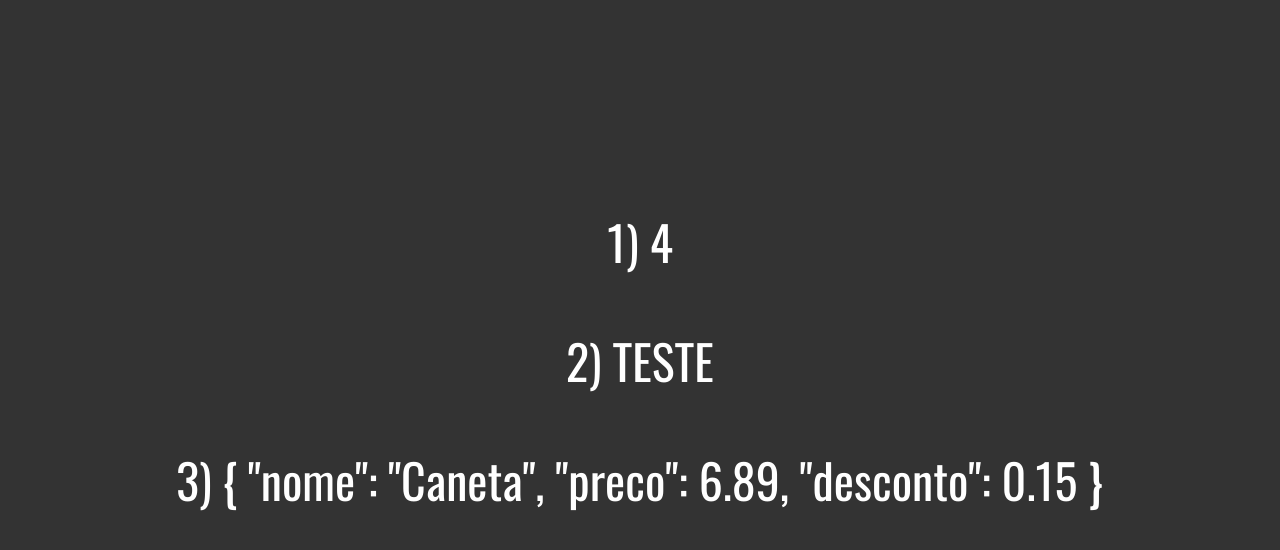
Repository: WillianPer/VUE
Page: exercicios/basico.html
These files come from the project's save history. The page is drawn as it stood at one moment and after the next save; the edit follows.
The browser window is 1280 px wide. The pictures show the whole page.

Above is the page before, as saved 2022-08-11 20:39:15.

### exercicios/basico.html
<!DOCTYPE html>
<html>
<head>
    <meta charset="UTF-8">
    <title>Conceitos Básicos</title>
    <link rel="stylesheet" href="/css/estilo.css">
    <script src="/js/vue.min.js"></script>
</head>
<body class="exercicio">

    <div id="app">
        <p>1) {{2 + 2}}</p>
        <p>2) {{ 'Teste'.toUpperCase() }}</p>
        <p>3) {{ {nome, preco, desconto} }}</p>
    </div>

    <script>
        new Vue({
            el: "#app",
            data: {
                nome: 'Caneta',
                preco: 6.89,
                desconto: 0.15
            }
        })
    </script>
</body>
</html>

Loaded but not shown: exercicios/css/estilo.css (common file); exercicios/js/vue.min.js (library)

After the next save:
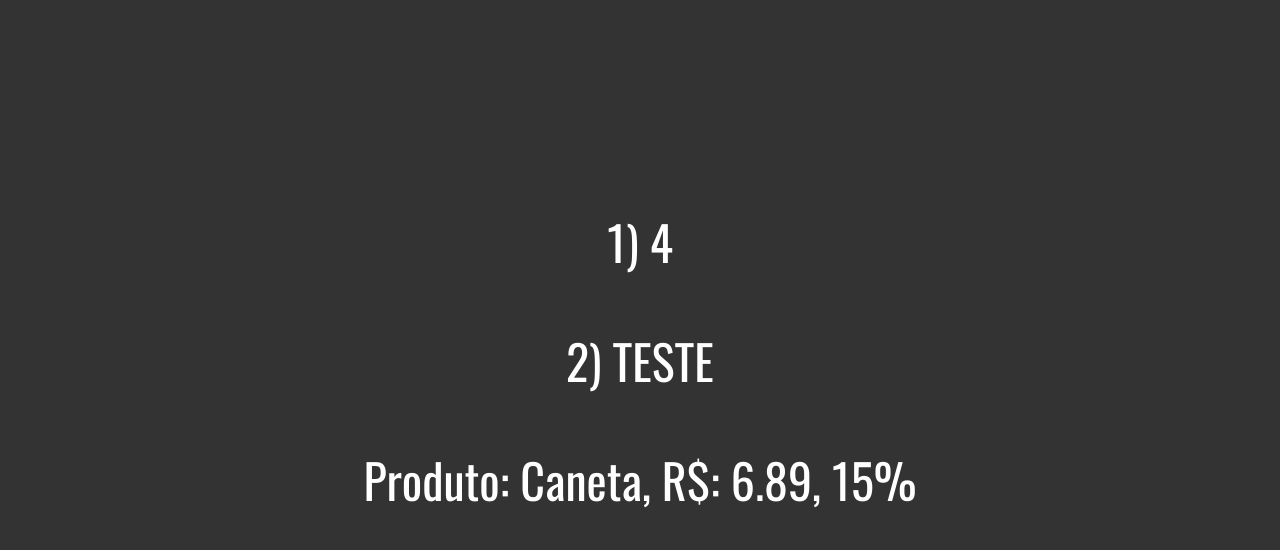
Saved 3 min 20 s later.
--- a/exercicios/basico.html
+++ b/exercicios/basico.html
@@ -11,7 +11,8 @@
     <div id="app">
         <p>1) {{2 + 2}}</p>
         <p>2) {{ 'Teste'.toUpperCase() }}</p>
-        <p>3) {{ {nome, preco, desconto} }}</p>
+        <p>Produto: {{nome}}, R$: {{preco}}, {{desconto * 100}}%</p>
+        <!-- <p>3) {{ {nome, preco, desconto} }}</p> -->
     </div>
 
     <script>
